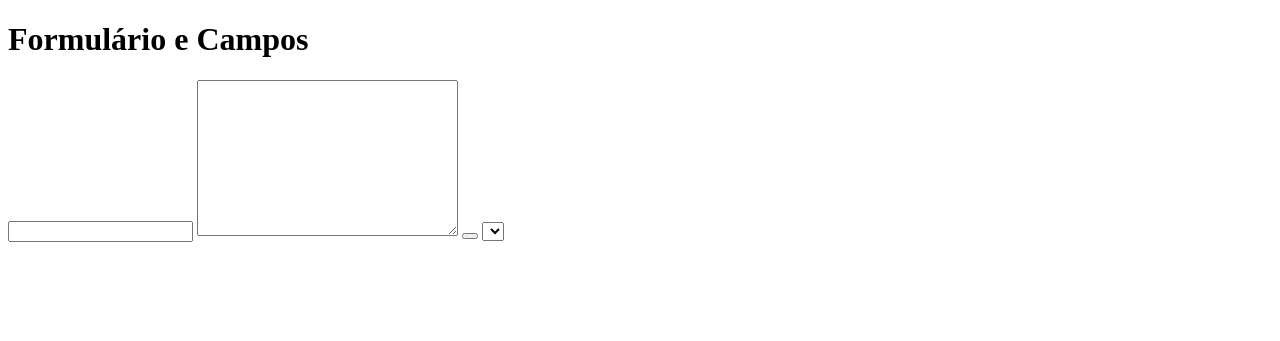
Repository: ErikMesquita/Danki-Code
Page: formulários_e_campos/index.html
These files come from the project's save history. The page is drawn as it stood at one moment and after a run of saves; the edit follows.
The browser window is 1280 px wide. The pictures show the whole page.

Above is the page before, as saved 2023-10-28 15:53:40.

After the next 5 saves:
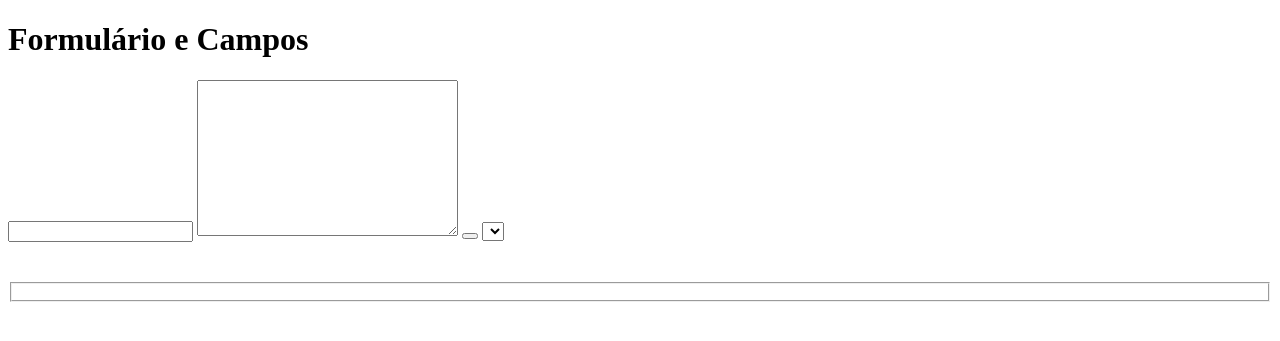
The 5 saves are shown as one change because they came seconds apart.
The last was saved 17 s later.
--- a/formulários_e_campos/index.html
+++ b/formulários_e_campos/index.html
@@ -19,7 +19,8 @@
     <select name="" id=""></select>
     <optgroup></optgroup>
     <option value=""></option>
-
+    <fieldset></fieldset>
+    <legend></legend>
 </body>
 
 </html>
